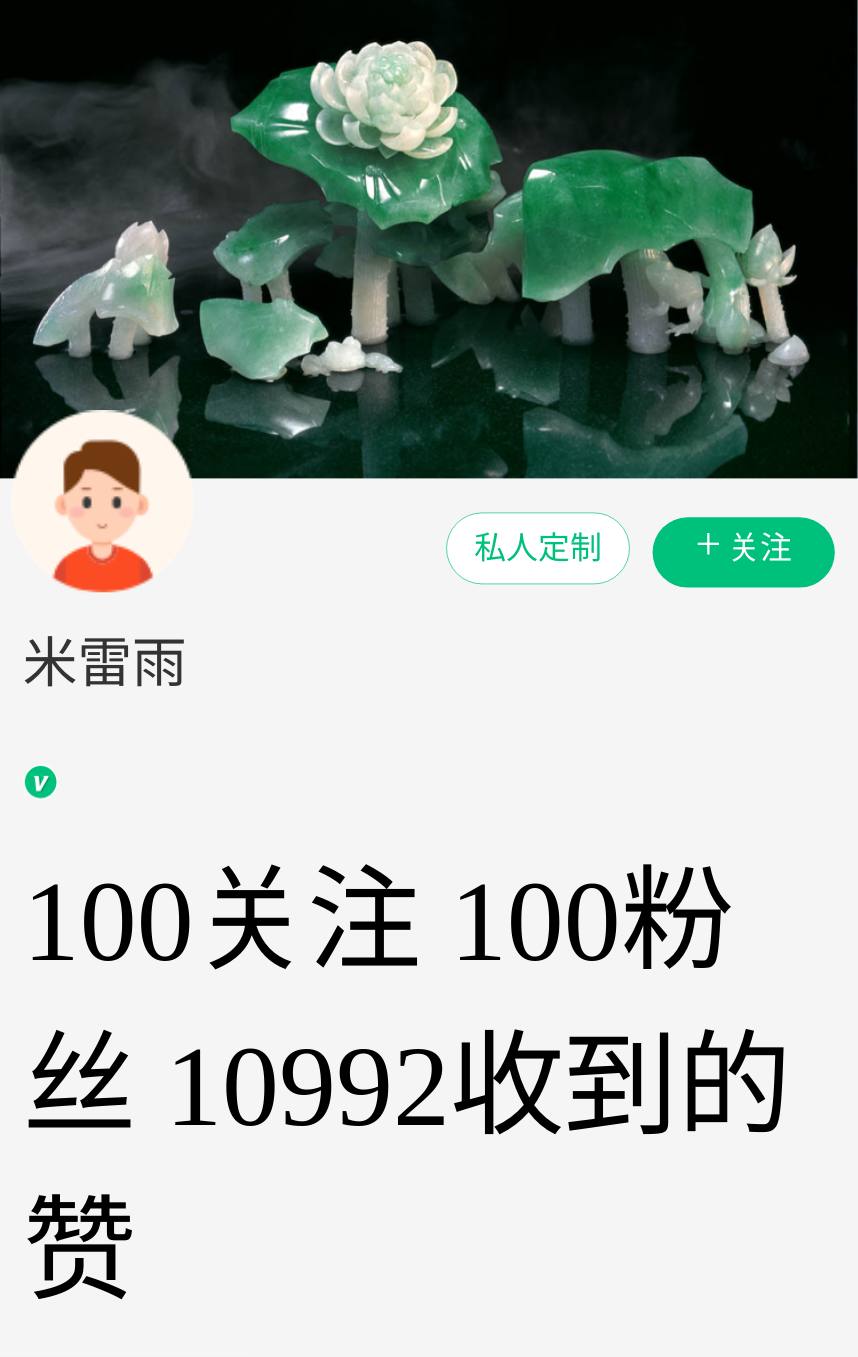
Repository: 1yanglulu/-
Page: html/jadecarvemaincenter.html
The author's editor kept a copy of each file at every save. The page is drawn from the files as they stood at one save, then again after the next save.
The browser window is 1280 px wide. The pictures show the whole page, at 67% of full size.

Above is the page before, as saved 2020-01-07 14:18:34.

After the next save:
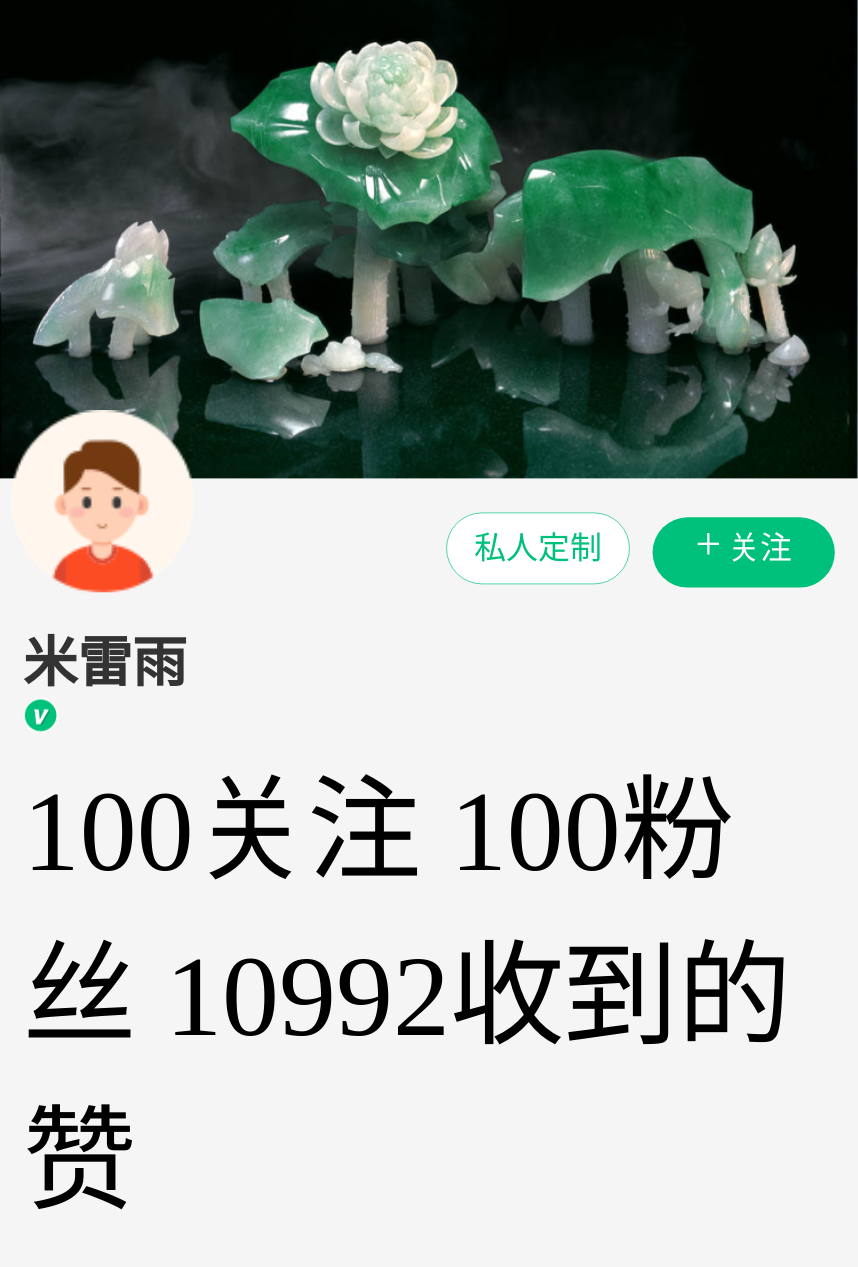
Saved 40 s later.
--- a/css/jadecarvemaincenter.css
+++ b/css/jadecarvemaincenter.css
@@ -59,6 +59,12 @@
   line-height: .58rem;
   text-align: left;
   margin-top: .08rem;
+  font-weight: bold;
+}
+.jade-introduce{
+  font-size: .32rem;
+  color: #000000;
+  line-height: 50px;
 }
 .vip-icon{
   width: .32rem;
